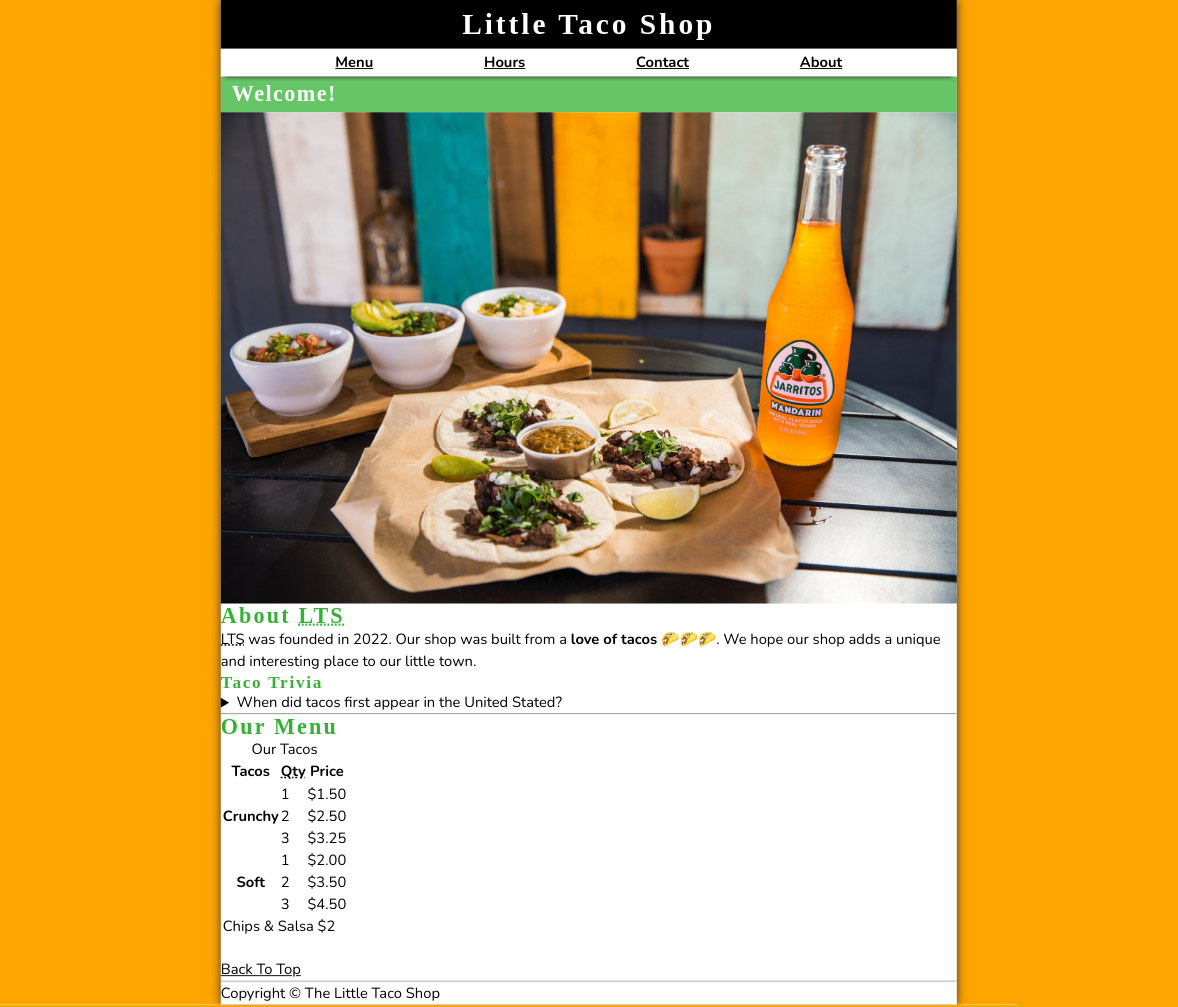
Repository: nabieusuma/Little-taco-shop
Page: index.html
The author's editor kept a copy of each file at every save. The page is drawn from the files as they stood at one save, then again after a run of saves.
The browser window is 1280 px wide. The pictures show the whole page, at 92% of full size.
Some web fonts or font styles are not loaded; a fallback is used.

Above is the page before, as saved 2026-05-06 14:04:42.

### index.html
<!doctype html>
<html lang="en">
  <head>
    <meta charset="UTF-8" />
    <meta name="viewport" content="width=device-width, initial-scale=1.0" />
    <meta name="author" content="Nabieu suma" />
    <meta
      name="description"
      content="The official website for The Little Taco Shop"
    />
    <title>The Little Taco Shop</title>
    <link rel="icon" href="favicon.ico" type="image/x-icon" />
    <link rel="stylesheet" href="style.css" />
  </head>

  <body>
    <header class="header">
      <h1 class="header__h1"> Little Taco Shop</h1>
      <nav class="header__nav">
        <ul class="header__ul">
          <li>
            <a href="#menu"> Menu</a>
          </li>
          <li>
            <a href="hours.html"> Hours</a>
          </li>
          <li>
            <a href="contact.html">Contact</a>
          </li>

          <li>
            <a href="about.html">About</a>
          </li>
        </ul>
      </nav>
    </header>

    <section class="hero">
      <h2 class="hero__h2">Welcome!</h2>
      <figure>
        <img
          src="./Images/tacos_and_drink_1000x667.png"
          alt="Tacos and a Drink"
          title="We love tacos!"
          width="1000"
          height="667"
        />
        <figcaption class="offscreen">Tacos and a Drink</figcaption>
      </figure>
    </section>
    <main>
      <article id="about">
        <h2>About <abbr title="The Little Taco Shop">LTS</abbr></h2>
        <p>
          <abbr title="The Little Taco Shop">LTS</abbr> was founded in
          <time datetime="2022">2022</time>. Our shop was built from a
          <strong>love of tacos</strong> 🌮🌮🌮. We hope our shop adds a unique
          and interesting place to our little town.
        </p>
        <aside>
          <h3>Taco Trivia</h3>
          <details>
            <summary>When did tacos first appear in the United Stated?</summary>
            <p>
              Jeffrey M. Pilcher, taco historian and professor of history at the
              University of Minnesota, says the earliest mention of tacos in the
              United States are in a newspaper from
              <time datetime="1905">1905</time>. (Source:
              <cite
                ><a
                  href="https://www.smithsonianmag.com/arts-culture/where-did-the-taco-come-from-81228162/"
                  target="_blank"
                  >Smithsonian Magazine</a
                ></cite
              >)
            </p>
          </details>
        </aside>
      </article>
      <hr />
      <article id="menu">
        <h2>Our Menu</h2>
        <table>
          <caption>
            Our Tacos
          </caption>
          <thead>
            <tr>
              <th>Tacos</th>
              <th scope="col"><abbr title="Quantity">Qty</abbr></th>
              <th scope="col">Price</th>
            </tr>
          </thead>
          <tbody>
            <tr>
              <th scope="row" rowspan="3">Crunchy</th>
              <td>1</td>
              <td>$1.50</td>
            </tr>
            <tr>
              <td>2</td>
              <td>$2.50</td>
            </tr>
            <tr>
              <td>3</td>
              <td>$3.25</td>
            </tr>
            <tr>
              <th scope="row" rowspan="3">Soft</th>
              <td>1</td>
              <td>$2.00</td>
            </tr>
            <tr>
              <td>2</td>
              <td>$3.50</td>
            </tr>
            <tr>
              <td>3</td>
              <td>$4.50</td>
            </tr>
          </tbody>
          <tfoot>
            <tr>
              <td colspan="3">Chips &amp; Salsa $2</td>
            </tr>
          </tfoot>
        </table>
        <br />
        <p>
          <a href="#">Back To Top</a>
        </p>
      </article>
    </main>
    <hr />
    <footer>
      <p>Copyright &copy; The Little Taco Shop</p>
    </footer>
  </body>
</html>

### style.css
@import url("https://fonts.googleapis.com/css2?family=Fraunces:ital,opsz,wght@0,9..144,100..900;1,9..144,100..900&family=Hanken+Grotesk:ital,wght@0,100..900;1,100..900&family=Kumbh+Sans:wght,YOPQ@100..900,300&family=Montserrat:ital,wght@0,100..900;1,100..900&family=Nunito:ital,wght@0,200..1000;1,200..1000&family=Outfit:wght@100..900&family=Red+Hat+Display:ital,wght@0,300..900;1,300..900&family=Roboto:ital,wght@0,100..900;1,100..900&family=Work+Sans:ital,wght@0,100..900;1,100..900&display=swap");

@import url("https://fonts.googleapis.com/css2?family=Fraunces:ital,opsz,wght@0,9..144,100..900;1,9..144,100..900&family=Fugaz+One&family=Hanken+Grotesk:ital,wght@0,100..900;1,100..900&family=Kumbh+Sans:wght,YOPQ@100..900,300&family=Montserrat:ital,wght@0,100..900;1,100..900&family=Nunito:ital,wght@0,200..1000;1,200..1000&family=Outfit:wght@100..900&family=Red+Hat+Display:ital,wght@0,300..900;1,300..900&family=Roboto:ital,wght@0,100..900;1,100..900&family=Work+Sans:ital,wght@0,100..900;1,100..900&display=swap");

*,
*::before,
*::after {
  padding: 0;
  margin: 0;
  box-sizing: border-box;
}

img {
  display: block;
  max-width: 100%;
  height: auto;
}

input,
button,
textarea {
  font: inherit;
}

/* || VARIABLES */
:root {
  /* Fonts */
  --FF: "Nunito", sans-serif;
  --FF--HEADINGS: "Fugaz One", cursive;
  --FS: clamp(1rem, 2.2vh, 1.5rem);

  /* COLORS*/
  --BGCOLOR: orange;
  --BGCOLOR-FADE: rgb(252, 220, 160);
  --BGIMAGE: linear-gradiant(
    to buttom,
    var(var(var(--BGCOLOR), var(var(--BGCOLOR-FADE))))
  );
  --BODY-BGCOLOR: #fff;
  --FONT-COLOR: #000;
  --BORDER-COLOR: #333;
  --HEIGHLIGHT-COLOR: rgb(51, 178, 51);
  --LINKCOLOR: #000;
  --LINK-HOVER: hsla(0, 0%, 0%, 0.6);
  --LINK-ACTIVE: orange;
  --HEADER-BGCOLOR: #000;
  --HEADER-COLOR: #fff;
  --NAV-BAGCOLOR: #fff;
  --HERO-BGCOLOR: rgba(51, 178, 51, 0.75);
  --HERO-COLOR: #fff;

  /* BORDERS */
  --BORDERS: 1px solid var(var(--BORDER-COLOR));

  /* STANDARD PADDING */
  --PADDING-TB: 0.25em;
  --PADDING-SIDE: 2.5%;

  /* STANDARD MARGIN */
  --MARGIN: clamp(1em, 2.5vh, 1.5em) 0;
}

/* || UTILITY CLASS */
.offscreen {
  position: absolute;
  left: -10000px;
}

.nowrap {
  white-space: nowrap;
}

.center {
  text-align: center;
}

/*
  GENERAL STYLE
*/
html {
  scroll-behavior: smooth;
  font-size: var(--FS);
  font-family: var(--FF);
  background-color: var(--BGCOLOR);
  background-image: var(--BGIMAGE);
}

body {
  background-color: var(--BODY-BGCOLOR);
  color: var(--FONT-COLOR);
  min-height: 100vh;
  max-width: 800px;
  margin: 0 auto;
  border-left: var(--BORDERS);
  border-right: var(--BORDERS);
  box-shadow: 0 0 10px var(--BORDER-COLOR);
}

h1,
h2,
h3 {
  font-family: var(--FF--HEADINGS);
  letter-spacing: 0.1em;
}

h2,
h3 {
  color: var(--HEIGHLIGHT-COLOR);
}

p {
  line-height: 1.5;
}

a:any-link {
  color: var(--LINKCOLOR);
}

a:hover,
a:focus-visible {
  color: var(--LINK-HOVER);
}

a:active {
  color: var(--LINK-ACTIVE);
}

/* HEADER */
.header {
  position: sticky;
  top: 0;
  z-index: 1;
}

.header__h1 {
  text-align: center;
  background-color: var(--HEADER-BGCOLOR);
  color: var(--HEADER-COLOR);
  padding: var(--PADDING-TB) var(--PADDING-SIDE);
}

.header__nav {
  background-color: var(--NAV-BAGCOLOR);
  border-bottom: var(--BORDERS);
  font-weight: bold;
  box-shadow: 0 6px 5px -5px var(--BORDER-COLOR);
}

.header__ul {
  padding: var(--PADDING-TB) var(--PADDING-SIDE);
  list-style-type: none;
  display: flex;
  justify-content: space-evenly;
  gap: 1rem;
}

.hero {
  position: relative;
}

.hero__h2 {
  background-color: var(--HERO-BGCOLOR);
  color: var(--HERO-COLOR);
  padding: 0.25em 0.5em;
  letter-spacing: 0.1rem;
  text-shadow: 2px 2px 5px var(--bg-);
}

After the next 3 saves:
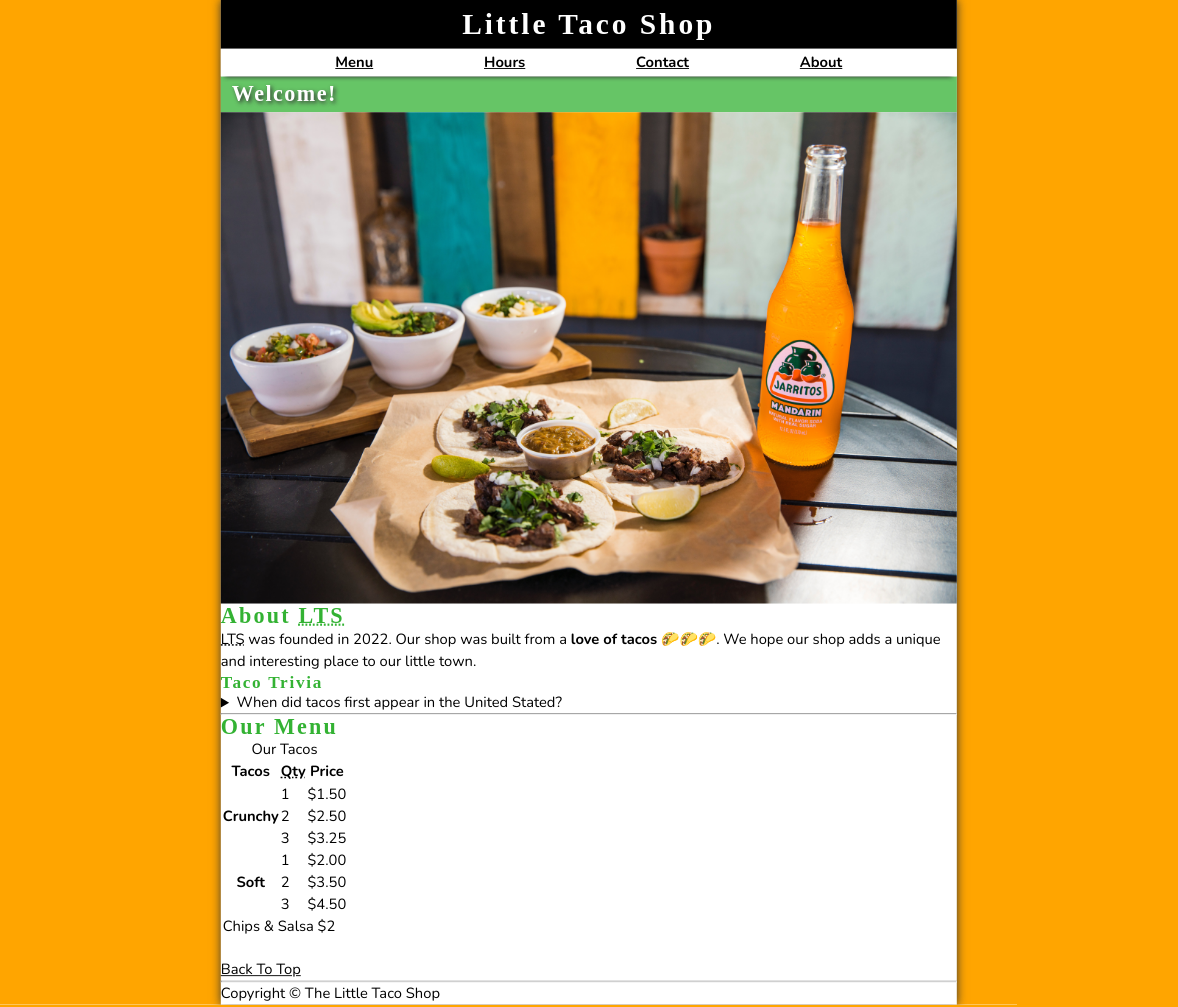
The 3 saves are shown as one change because they came seconds apart.
The last was saved 15 s later.
--- a/style.css
+++ b/style.css
@@ -163,5 +163,5 @@
   color: var(--HERO-COLOR);
   padding: 0.25em 0.5em;
   letter-spacing: 0.1rem;
-  text-shadow: 2px 2px 5px var(--bg-);
+  text-shadow: 2px 2px 5px var(--BORDER-COLOR);
 }
